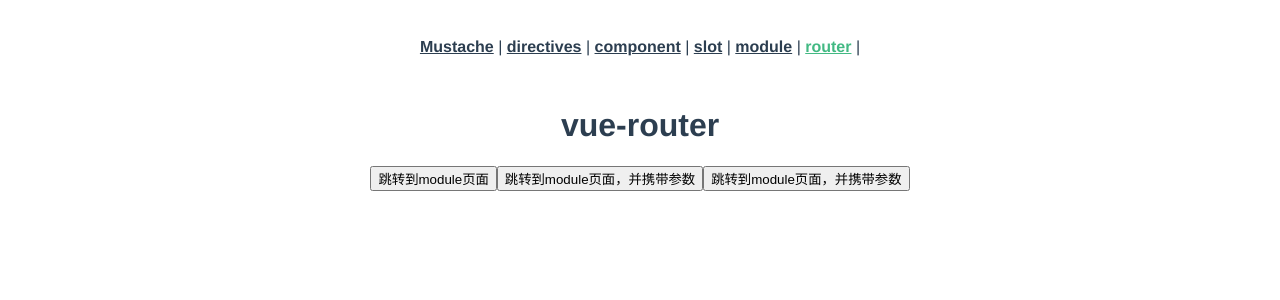
Repository: yeyanghui0616/my-vue2-learning
Page: /router
The author's editor kept a copy of each file at every save. The page is drawn from the files as they stood at one save, then again after the next save.
The browser window is 1280 px wide. The pictures show the whole page.
The project was rebuilt for these pictures with package versions that can differ from the ones it lists, and the page was loaded fresh each time. Also part of the build but not shown: src/views/Mustache.vue, src/components/globalComponent.vue.

Above is the page before, as saved 2023-08-30 22:18:41.

After the next save:
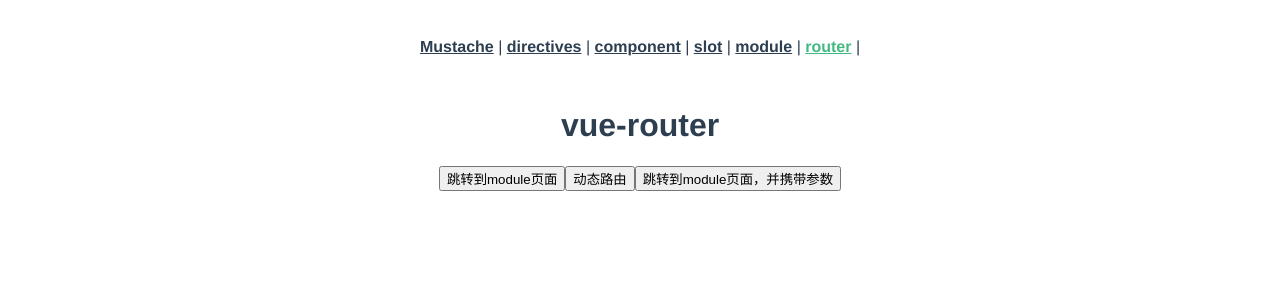
Saved 6 s later.
--- a/src/views/router.vue
+++ b/src/views/router.vue
@@ -2,7 +2,7 @@
   <div>
     <h1>vue-router</h1>
     <button @click="jumpModulePage">跳转到module页面</button>
-    <button @click="jumpModulePageAndParams">跳转到module页面，并携带参数</button>
+    <button @click="jumpModulePageAndParams">动态路由</button>
     <button @click="jumpModulePageAndParams">跳转到module页面，并携带参数</button>
   </div>
 </template>
